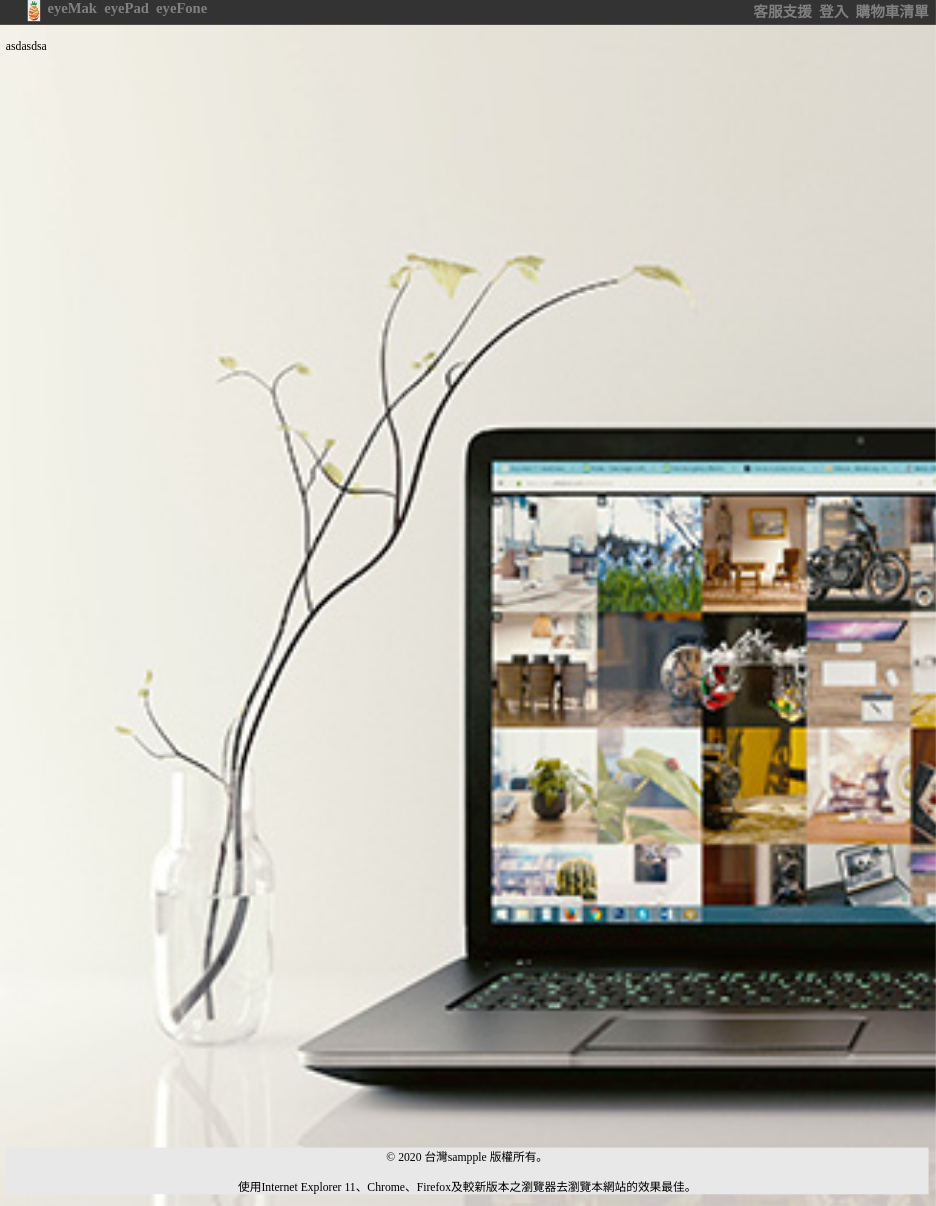
Repository: Vincent4142/NewFinalProject
Page: http://localhost/FinalProject/
The author's editor kept a copy of each file at every save. The page is drawn from the files as they stood at one save, then again after the next save.
The browser window is 1280 px wide. The page is 1282 px wide, so the pictures cover 1282 px, including what lies to the right of the window. The pictures show the whole page, at 73% of full size.
The page is served by Tomcat 9. Other server files are loaded and not shown.

Above is the page before, as saved 2020-04-09 05:55:01.

### FinalProject/WebContent/index.jsp
<%@ page language="java" contentType="text/html; charset=UTF-8"
    pageEncoding="UTF-8"%>

<!DOCTYPE html>
<html>
<head>
<meta charset="UTF-8">
<title>index</title>
<style type="text/css">

	body{
		background-image: url(img/indexbackground.jpg);
		background-repeat: no-repeat;
    	background-size: cover;
	}

</style>
</head>
<body>

<%@ include file="fragment/indexTOP.jsp" %>



asdasdsa



<%@ include file="fragment/indexBOTTOM.jsp" %>
</body>
</html>

### FinalProject/WebContent/fragment/indexTOP.jsp
<%@ page language="java" contentType="text/html; charset=UTF-8"
	pageEncoding="UTF-8"%>
<!DOCTYPE html>
<html>
<head>
<meta charset="UTF-8">
<title>indexTOP</title>

<style type="text/css">
.nav {
	margin-top: -20px;
	margin-left: -10px;
	margin-right: -10px;
	background-color: black;
}
/* 主UL */
.navul {
	background: rgba(255, 255, 255, 0.2);
	list-style-type: none;
	font-weight: bolder;
	font-size: 20px;
	overflow: auto;
}

.navul li {
	border-radius: 5px;
	margin-left: 0px;
	margin-right: 10px;
	float: left;
	display: block;
	position: static;
}

.navul li a {
	text-decoration: none;
	color: gray;
}

.navul li a:hover {
	color: white;
}

#navright {
	float: right;
}
</style>

</head>
<body>

	<nav class="nav" style="text-align: center;">

		<ul class="navul">
			<li><a href="index.jsp"><img alt="logo" src="img/pineapple.jpg"></a></li>
			<li><a href="eyeMakPage.jsp">eyeMak</a></li>
			<li><a href="eyePadPage.jsp">eyePad</a></li>
			<li><a href="eyeFonePage.jsp">eyeFone</a></li>

			<div id="navright">
				<li><a href="customerServicePage.jsp">客服支援</a></li>
				<li><a href="LoginPage.jsp">登入</a></li>
				<li><a href="shoppingcartPage.jsp">購物車清單</a></li>
			</div>
		</ul>

	</nav>

</body>
</html>

### FinalProject/WebContent/fragment/indexBOTTOM.jsp
<%@ page language="java" contentType="text/html; charset=UTF-8"
    pageEncoding="UTF-8"%>
<!DOCTYPE html>
<html>
<head>
<meta charset="UTF-8">
<title>indexBOTTOM</title>

<style type="text/css">

	#bottom{
		background-color:#E8E8E8;
		text-align: center;
		margin-top: 1500px;

	}

</style>

</head>
<body>
	<div id="bottom">
		<p>© 2020 台灣sampple 版權所有。</p>

		<p>使用Internet Explorer 11、Chrome、Firefox及較新版本之瀏覽器去瀏覽本網站的效果最佳。</p>
	</div>
</body>
</html>

After the next save:
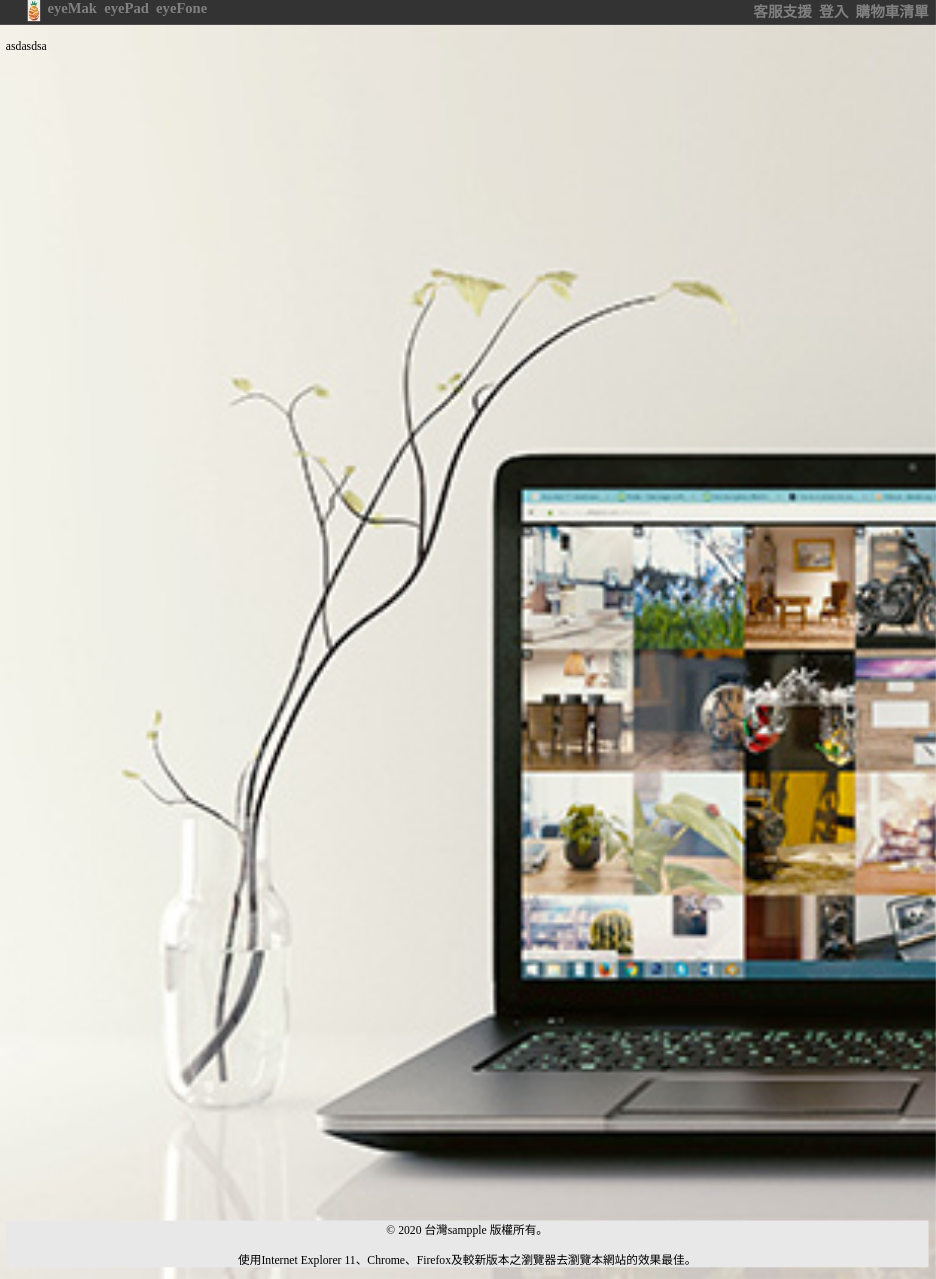
Saved 21 s later.
--- a/FinalProject/WebContent/fragment/indexBOTTOM.jsp
+++ b/FinalProject/WebContent/fragment/indexBOTTOM.jsp
@@ -11,7 +11,7 @@
 	#bottom{
 		background-color:#E8E8E8;
 		text-align: center;
-		margin-top: 1500px;
+		margin-top: 1600px;
 
 	}
 
